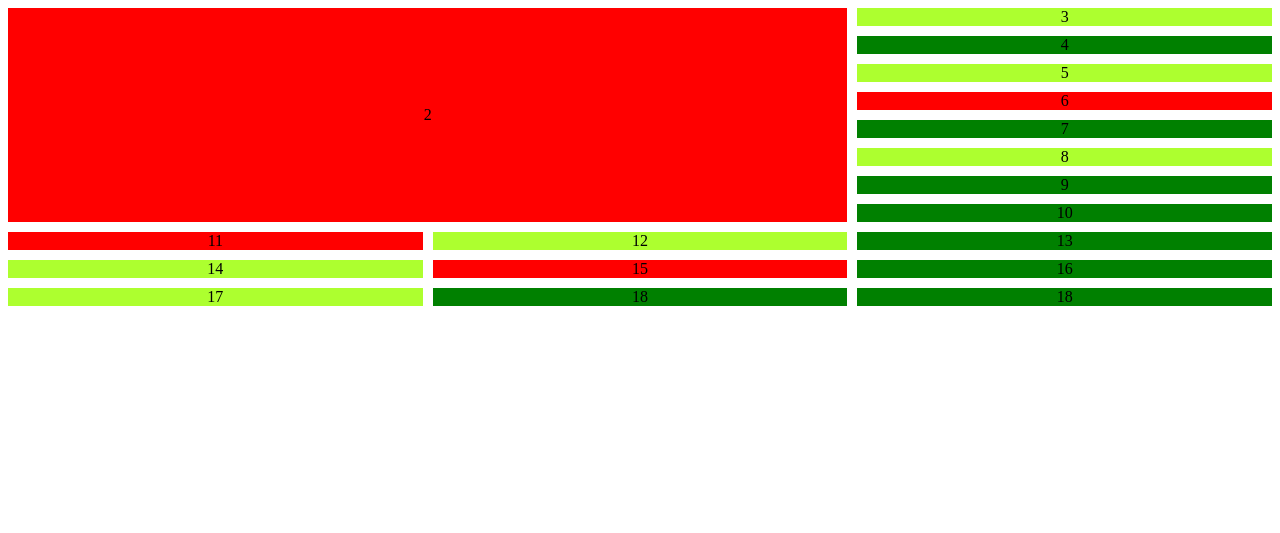
Repository: motiejus1/09-paskaita-05.31
Page: index.html
These files come from the project's save history. The page is drawn as it stood at one moment and after a run of saves; the edit follows.
The browser window is 1280 px wide. The pictures show the whole page.

Above is the page before, as saved 2021-06-15 19:39:47.

### index.html
<!DOCTYPE html>
<html lang="en">
<head>
    <meta charset="UTF-8">
    <meta http-equiv="X-UA-Compatible" content="IE=edge">
    <meta name="viewport" content="width=device-width, initial-scale=1.0">
    <title>9 paskaita</title>
    <style>
        .grid-container {
            display: grid;
            grid-template-columns: auto auto auto;
            grid-column-gap: 10px ;
            grid-row-gap: 10px ;
        }

        .zalia {
            background-color: green;
        }

        .raudona {
            background-color: red;
        }

        .geltona {
            background: greenyellow;
        }

        .grid-item-1 {
            grid-column-start: 1 ;
            grid-column-end: 3 ;
            grid-row-start: 1 ;
            grid-row-end: 3 ;
        }

        .grid-item-2 {
            grid-column-start: 1 ;
            grid-column-end: 3 ;
            grid-row-start: 1 ;
            grid-row-end: 9 ;
        }

        .grid-item {
            display:grid;
            justify-content: center;
            align-items: center;
        }
        .flex-container {
            display:flex;
            justify-content: center;
            align-items: center;
        }
    </style>
</head>
<body>
    <div class="grid-container">
        <div class="grid-item grid-item-1 zalia">
            1
        </div>
        <div class="grid-item grid-item-2 raudona">
            2
        </div>
        <div class="grid-item grid-item-3 geltona">3</div>
        <div class="grid-item grid-item-4 zalia">4</div>
        <div class="grid-item geltona">5</div>
        <div class="grid-item raudona">6</div>
        <div class="grid-item zalia">7</div>
        <div class="grid-item geltona">8</div>
        <div class="grid-item zalia">9</div>
        <div class="grid-item zalia">10</div>
        <div class="grid-item raudona">11</div>
        <div class="grid-item geltona">12</div>
        <div class="grid-item zalia">13</div>
        <div class="grid-item geltona">14</div>
        <div class="grid-item raudona">15</div>
        <div class="grid-item zalia">16</div>
        <div class="grid-item geltona">17</div>
        <div class="grid-item zalia">18</div>
        <div class="flex-container zalia">18</div>
    </div>

</body>
</html>

After the next 2 saves:
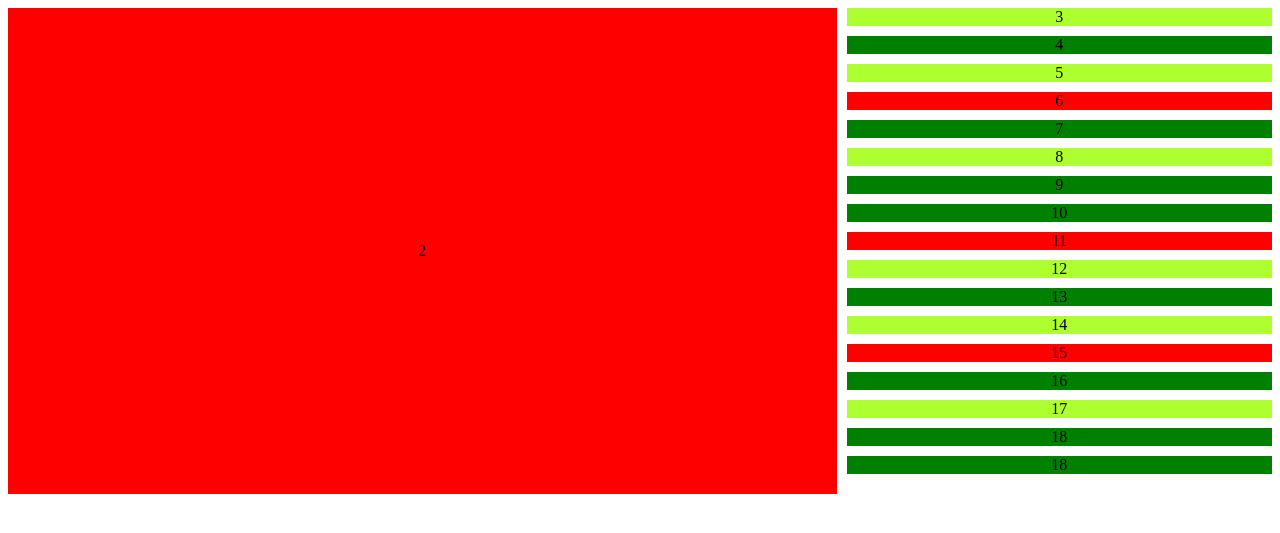
The 2 saves are shown as one change because they came seconds apart.
The last was saved 3 min 17 s later.
--- a/index.html
+++ b/index.html
@@ -36,7 +36,7 @@
             grid-column-start: 1 ;
             grid-column-end: 3 ;
             grid-row-start: 1 ;
-            grid-row-end: 9 ;
+            grid-row-end: 20 ;
         }
 
         .grid-item {
